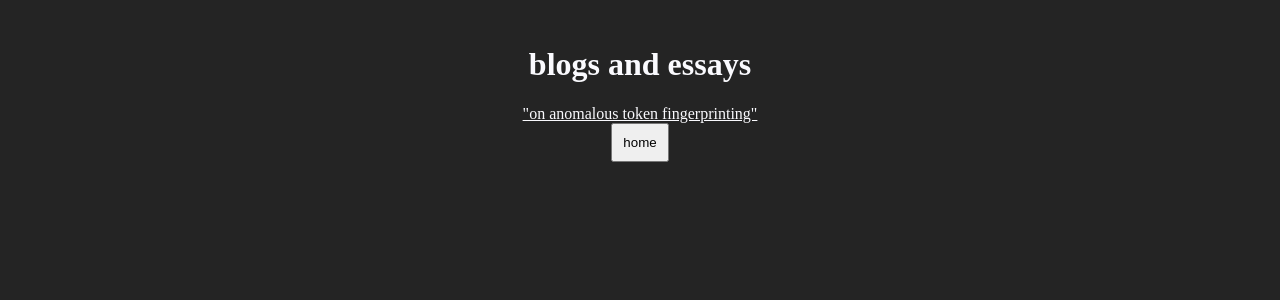
Repository: yellowspots/geneweb
Page: blogsandessays.html
An editor plug-in stored every save of this project. The page is shown before and after a run of saves, followed by the edit.
The browser window is 1280 px wide. The pictures show the whole page.

Above is the page before, as saved 2024-05-03 00:01:05.

After the next 2 saves:
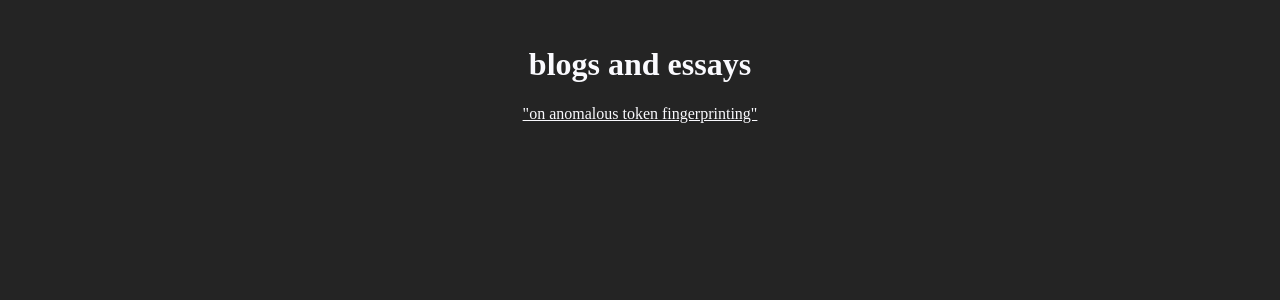
The 2 saves are shown as one change because they came seconds apart.
The last was saved 29 s later.
--- a/blogsandessays.html
+++ b/blogsandessays.html
@@ -7,10 +7,10 @@
 <body>
     <h1>blogs and essays</h1>
         <a href="https://medium.com/@yerbymatey/on-anomalous-token-fingerprinting-the-gpt-4-5-hypetrain-and-reading-between-the-lines-26c5d2c9e88b">"on anomalous token fingerprinting"</a>
+
 </body>
 <footer>
-    <button class="home-button" onclick="window.location.href='index.html'">
-        <span>home</span>
+
     </button>
 </footer>
 </html>
